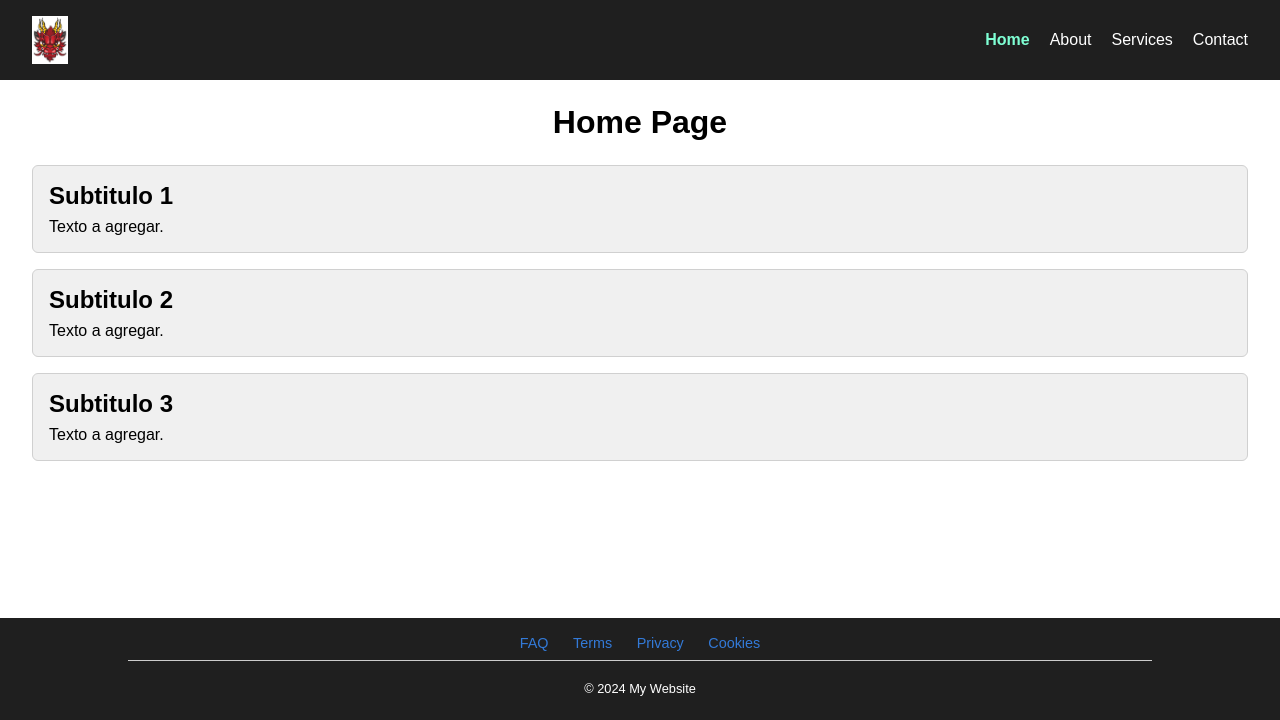
Repository: andreamm-lab/css-positioning-examples-2025-10
Page: index.html
These files come from the project's save history. The page is drawn as it stood at one moment and after the next save; the edit follows.
The browser window is 1280 px wide. The pictures show the whole page.

Above is the page before, as saved 2025-11-06 21:56:33.

### index.html
<!DOCTYPE html>
<html lang="en">
<head>
    <meta charset="UTF-8">
    <meta name="viewport" content="width=device-width, initial-scale=1.0">
    <title>Basic Nav Example</title>
    <link rel="stylesheet" href="./main.css">
</head>
<body>
    <header>
        <!-- Primary navigation -->
        <nav aria-label="Primary navigation">
            <a href="index.html">
                <img src="images/dragon.png" alt="Dragon logo">
            </a>
            <ul>
                <li><a href="index.html" class="current">Home</a></li>
                <li><a href="pages/about.html">About</a></li>
                <li>
                    <a href="pages/services.html">Services</a>
                    <ul>
                        <li><a href="#"></a></li>
                    </ul>
                </li>
                <li><a href="pages/contact.html">Contact</a></li>
            </ul>
        </nav>
    </header>

    <main class="home-main">
        <h1 id="page-title">Home Page</h1>

        <div class="card-grid">
            <article class="card">
                <h2>Subtitulo 1</h2>
                <p>Texto a agregar.</p>
            </article>
            <article class="card">
                <h2>Subtitulo 2</h2>
                <p>Texto a agregar.</p>
            </article>
            <article class="card">
                <h2>Subtitulo 3</h2>
                <p>Texto a agregar.</p>
            </article>
        </div>
    </main>

    <!-- Footer navigation -->
    <footer id="main-footer">
        <nav aria-label="Footer navigation">
            <ul>
                <li><a href="#">FAQ</a></li>
                <li><a href="#">Terms</a></li>
                <li><a href="#">Privacy</a></li>
                <li><a href="#">Cookies</a></li>
            </ul>
        </nav>

        <hr class="footer-line">

        <p>© 2024 My Website</p>
    </footer>
</body>
</html>

### main.css
/* 1.---------------------- General ---------------------- */

*  {
    Box-sizing: border-box;
    Margin: 0;
    Padding: 0;
}

Body {
    Font-family: Arial, Helvetica, sans-serif;
    Background-color: #ffffff;
    Color: #000;
    Min-height: 100vh;
    Display: flex;
    Flex-direction: column;
}

Main {
    Flex: 1;
}

/* 2.---------------------- Header ---------------------- */

/* Header navigation: logo + menú */
Header nav {
    Padding: 10px 32px;
    Min-height: 80px;
    Background-color: #1F1F1F;
    Display: flex;
    Align-items: center;           /* centra verticalmente */
    Justify-content: space-between; /* separa logo y menú */
}

Header nav img {
    Max-height: 48px;
    Background-color: white;
    Display: inline-block;
    Vertical-align: middle;
}

Header nav ul {
    List-style: none;
    Display: flex;
    Gap: 20px;
}

Header nav ul li a {
    Text-decoration: none;
    Color: white;
}

Header nav ul li a.current {
    Color: aquamarine;
    Font-weight: bold;
}

Header nav ul li a:hover {
    Color: rgb(92, 229, 0);
}

/* 3.---------------------- Main / Home content ---------------------- */

Main {
    Display: block;
    Padding: 24px 32px; /* padding general para Home */
}

/* 🔹 en la página Services (class=”page”), quitamos el padding superior */
Main.page {
    Padding: 0 32px 24px 32px; /* top=0 para pegar al header */
}

#page-title {
    Font-size: 2rem;
    Text-align: center;
    Margin-bottom: 24px;
}

.card-grid {
    Display: block;
}

.card {
    Background-color: #f0f0f0;
    Border: 1px solid #d0d0d0;
    Border-radius: 6px;
    Padding: 16px;
    Margin-bottom: 16px;
}

.card h2 {
    Margin-bottom: 8px;
}

/* 4.---------------------- Services layout ---------------------- */

/* Contenedor principal: contenido + aside */
.page {
    Display: flex;   /* coloca el contenido y aside en columnas */
    Gap: 0;
}

/* Contenido principal */
.main-content {
    Width: 72%;
    Vertical-align: top;
}

/* Aside Categories */
.side-nav {
    Width: 28%;
    Background-color: #2a2a2a;
    Color: #fff;
    Margin: 0;                /* sin espacio externo */
    Padding: 0;               /* sin espacio interno general */
    Border: none;             /* sin borde */
    Box-sizing: border-box;
    Min-height: 100%;         /* ocupa todo el alto */
}

/* Título dentro del aside */
.side-nav h2 {
    Margin: 0;
    Padding: 16px 16px 8px;
    Font-size: 1.6rem;
    Font-weight: 700;
}

/* Lista del aside */
.side-nav ul {
    List-style: none;
    Margin: 0;
    Padding: 0 16px 16px;
}

.side-nav ul li {
    Margin: 0;
    Padding: 6px 0;
}

.side-nav ul li a {
    Color: #4bb4ff;
    Text-decoration: none;
    Display: inline-block;
    Width: 100%;
}

.side-nav ul li a:hover {
    Text-decoration: underline;
    Background-color: #1f1f1f;
}

/* 5.---------------------- Footer ---------------------- */

#main-footer {
    Background-color: #1F1F1F;
    Color: #ffffff;
    Text-align: center;
    Padding: 16px 0 24px;
    Margin: 0;
    Width: 100%;
}

#main-footer nav {
    Background: none;
    Padding: 0;
    Margin: 0 auto;
}

#main-footer nav ul {
    Display: inline-block;
    List-style: none;
    Margin: 0;
    Padding: 0;
}

#main-footer nav ul li {
    Display: inline-block;
    Margin: 0 10px;
}

#main-footer nav ul li a {
    Color: rgb(51, 122, 216);
    Text-decoration: none;
    Font-size: 0.9rem;
}

/* Línea gris */
.footer-line {
    Border: none;
    Border-top: 1px solid #ccc;
    Width: 80%;
    Margin: 8px auto 12px;
}

/* Texto */
#main-footer p {
    Font-size: 0.8rem;
    Margin: 0;
    Padding-top: 8px;
}

After the next save:
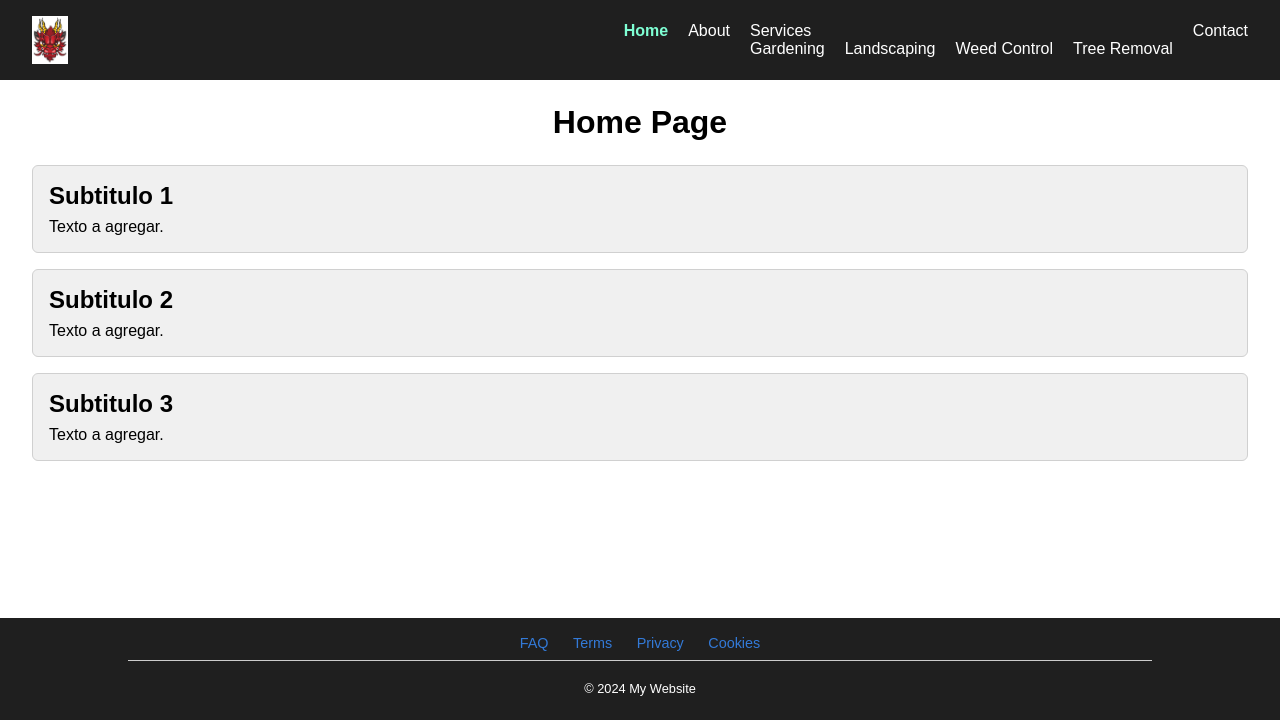
Saved 53 s later.
--- a/index.html
+++ b/index.html
@@ -19,7 +19,10 @@
                 <li>
                     <a href="pages/services.html">Services</a>
                     <ul>
-                        <li><a href="#"></a></li>
+                        <li><a href="#">Gardening</a></li>
+                        <li><a href="#">Landscaping</a></li>
+                        <li><a href="#">Weed Control</a></li>
+                        <li><a href="#">Tree Removal</a></li>
                     </ul>
                 </li>
                 <li><a href="pages/contact.html">Contact</a></li>
